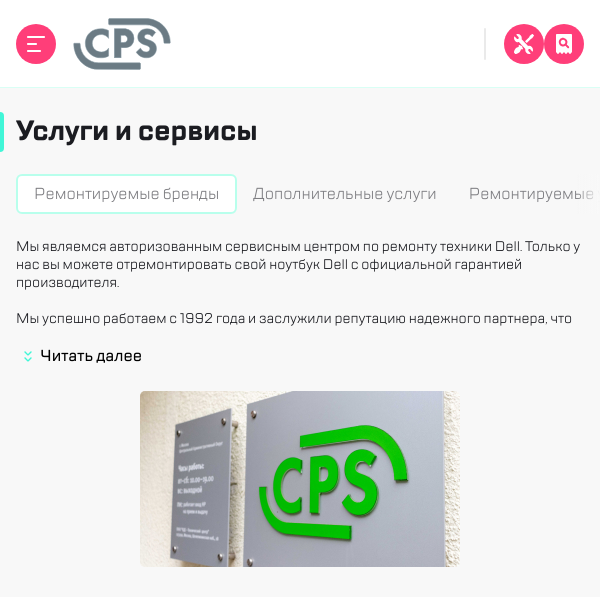
Repository: Dedoxa/Kata-WebCore-
Page: index.html
The author's editor kept a copy of each file at every save. The page is drawn from the files as they stood at one save, then again after the next save.
The browser window is 600 px wide. The pictures show the whole page.

Above is the page before, as saved 2024-05-06 14:24:27.

After the next save:
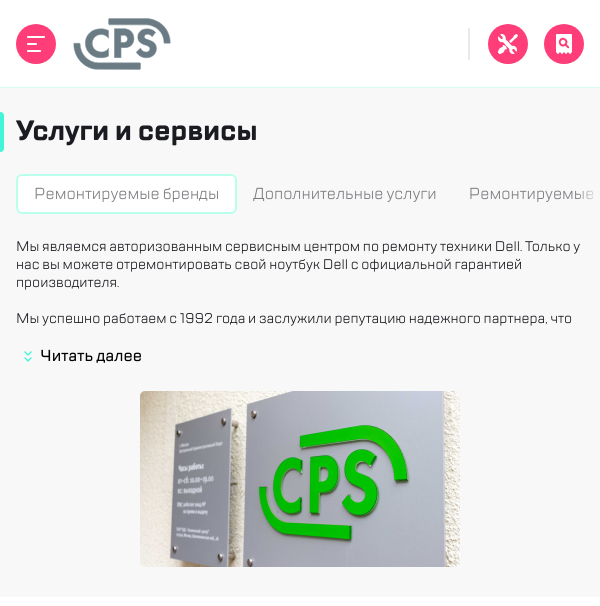
Saved 23 s later.
--- a/index.css
+++ b/index.css
@@ -216,7 +216,7 @@
   }
 
   .upper-menu__right > .upper-menu__icon:nth-child(4) {
-    row-gap: 16px;
+    margin-right: 16px;
   }
 
   .upper-menu__right > .upper-menu__icon:nth-child(-n + 3),
